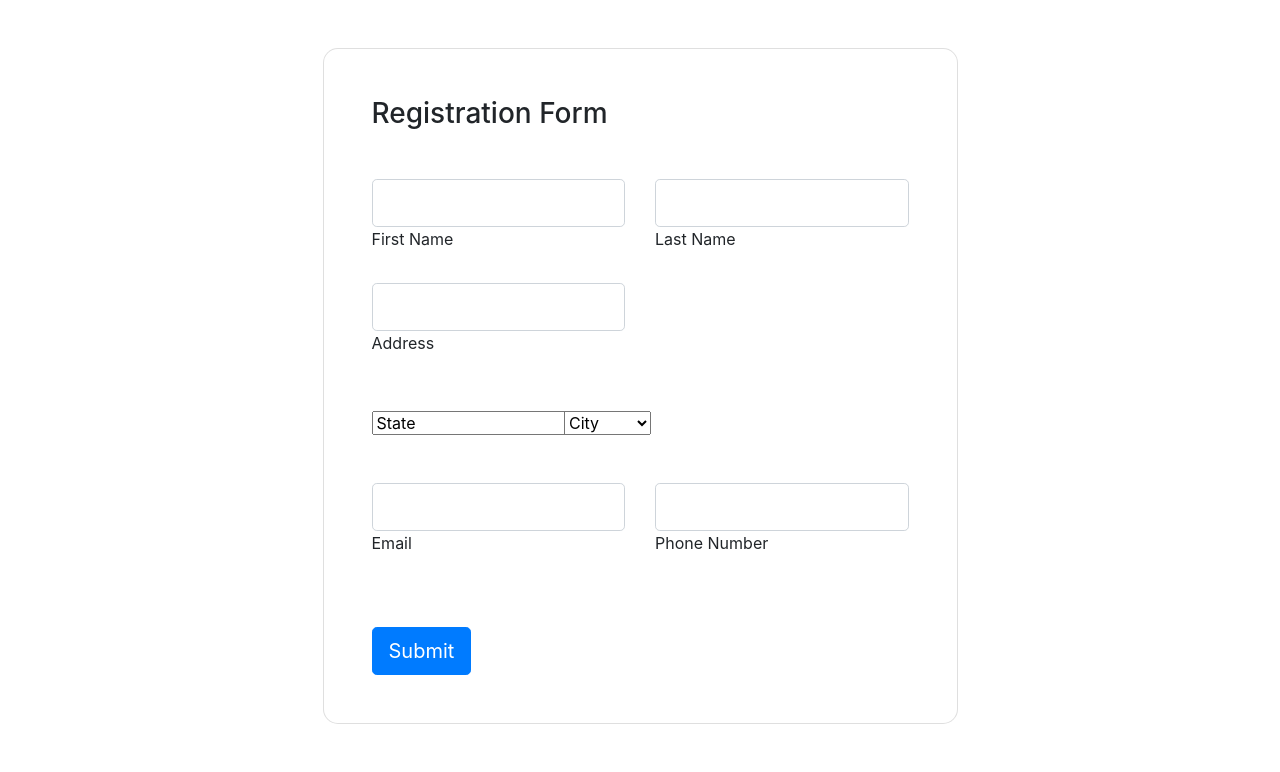
Repository: KeithKeithZ/libapp
Page: http://localhost/userRegister
An editor plug-in stored every save of this project. The page is shown before and after a run of saves, followed by the edit.
The browser window is 1280 px wide. The pictures show the whole page.
The page is served by the project's Laravel application, run on PHP 8.4 with Laravel 8. Other server files are loaded and not shown.

Above is the page before, as saved 2021-12-03 12:59:43.

### routes/web.php
<?php

use Illuminate\Support\Facades\Route;

/*
|--------------------------------------------------------------------------
| Web Routes
|--------------------------------------------------------------------------
|
| Here is where you can register web routes for your application. These
| routes are loaded by the RouteServiceProvider within a group which
| contains the "web" middleware group. Now create something great!
|
*/

Route::get('/', function () {
    return view('welcome');
});

Route::get('/Users', function () {
    return view('users');
});

Route::get('/userLogin', function () {
    return view('userSignIn');
});

Route::get('/userRegister', function () {
    return view('userRegister');
});

### resources/views/userRegister.blade.php
<!DOCTYPE html>
<html lang="{{ str_replace('_', '-', app()->getLocale()) }}">
    <head>
        <title>Bootstrap Example</title>
        <meta charset="utf-8">
        <meta name="viewport" content="width=device-width, initial-scale=1">
        <link rel="stylesheet" href="https://stackpath.bootstrapcdn.com/bootstrap/4.1.3/css/bootstrap.min.css" integrity="sha384-MCw98/SFnGE8fJT3GXwEOngsV7Zt27NXFoaoApmYm81iuXoPkFOJwJ8ERdknLPMO" crossorigin="anonymous">
        <script src="https://code.jquery.com/jquery-3.3.1.slim.min.js" integrity="sha384-q8i/X+965DzO0rT7abK41JStQIAqVgRVzpbzo5smXKp4YfRvH+8abtTE1Pi6jizo" crossorigin="anonymous"></script>
        <script src="https://cdnjs.cloudflare.com/ajax/libs/popper.js/1.14.3/umd/popper.min.js" integrity="sha384-ZMP7rVo3mIykV+2+9J3UJ46jBk0WLaUAdn689aCwoqbBJiSnjAK/l8WvCWPIPm49" crossorigin="anonymous"></script>
        <script src="https://stackpath.bootstrapcdn.com/bootstrap/4.1.3/js/bootstrap.min.js" integrity="sha384-ChfqqxuZUCnJSK3+MXmPNIyE6ZbWh2IMqE241rYiqJxyMiZ6OW/JmZQ5stwEULTy" crossorigin="anonymous"></script>
    </head>

    <section class="vh-100 gradient-custom">
        <div class="container py-5 h-100">
            <div class="row justify-content-center align-items-center h-100">
            <div class="col-12 col-lg-9 col-xl-7">
                <div class="card shadow-2-strong card-registration" style="border-radius: 15px;">
                <div class="card-body p-4 p-md-5">
                    <h3 class="mb-4 pb-2 pb-md-0 mb-md-5">Registration Form</h3>
                    <form>

                    <div class="row">
                        <div class="col-md-6 mb-4">

                        <div class="form-outline">
                            <input type="text" id="firstName" class="form-control form-control-lg" />
                            <label class="form-label" for="firstName">First Name</label>
                        </div>

                        </div>
                        <div class="col-md-6 mb-4">

                        <div class="form-outline">
                            <input type="text" id="lastName" class="form-control form-control-lg" />
                            <label class="form-label" for="lastName">Last Name</label>
                        </div>

                        </div>
                    </div>

                    <div class="row">
                        <div class="col-md-6 mb-4 d-flex align-items-center">

                        <div class="form-outline mb-4">
                            <input type="text" id="form3Example8" class="form-control form-control-lg" />
                            <label class="form-label" for="form3Example8">Address</label>
                        </div>

                        </div>

                        <div class="row">
                            <div class="col-md-6 mb-4 d-flex align-items-center">
                                <div class="col-md-8 mb-4">
                                    <select>
                                        <option value="1">State</option>
                                        <option value="2">Alberta</option>
                                        <option value="3">British Columbia</option>
                                        <option value="4">Manitoba</option>
                                        <option value="5">New Brunswick</option>
                                        <option value="6">Newfoundland and Labrador</option>
                                        <option value="7">Northwest Territories</option>
                                        <option value="8">Nova Scotia</option>
                                        <option value="9">Nunavut</option>
                                        <option value="10">Ontario</option>
                                        <option value="11">Prince Edward Island</option>
                                        <option value="12">Quebec</option>
                                        <option value="13">Saskatchewan</option>
                                        <option value="14">Yukon</option>
                                    </select>
                                </div>
                            </div>
                                <div class="col-md-6 mb-4">

                                    <select class="select">
                                        <option value="1">City</option>
                                        <option value="2">Option 1</option>
                                        <option value="3">Option 2</option>
                                        <option value="4">Option 3</option>
                                    </select>
                                </div>
                            </div>
                        </div>

                    <div class="row">
                        <div class="col-md-6 mb-4 pb-2">

                        <div class="form-outline">
                            <input type="email" id="emailAddress" class="form-control form-control-lg" />
                            <label class="form-label" for="emailAddress">Email</label>
                        </div>

                        </div>
                        <div class="col-md-6 mb-4 pb-2">

                        <div class="form-outline">
                            <input type="tel" id="phoneNumber" class="form-control form-control-lg" />
                            <label class="form-label" for="phoneNumber">Phone Number</label>
                        </div>

                        </div>
                    </div>

                    <div class="mt-4 pt-2">
                        <input class="btn btn-primary btn-lg" type="submit" value="Submit" />
                    </div>

                    </form>
                </div>
                </div>
            </div>
            </div>
        </div>
    </section>

</html>

After the next 2 saves:
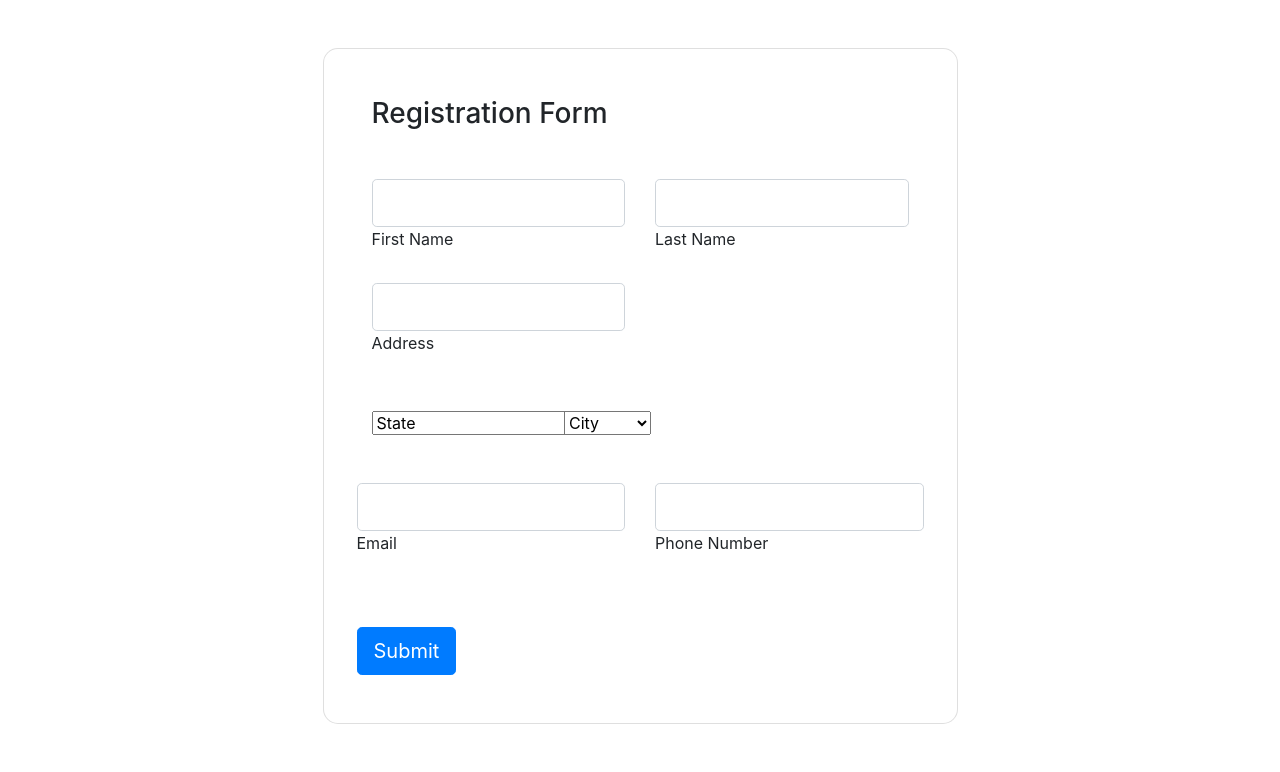
The 2 saves are shown as one change because they came seconds apart.
The last was saved 7 s later.
--- a/resources/views/userRegister.blade.php
+++ b/resources/views/userRegister.blade.php
@@ -69,15 +69,14 @@
                                     </select>
                                 </div>
                             </div>
-                                <div class="col-md-6 mb-4">
+                            <div class="col-md-6 mb-4">
 
-                                    <select class="select">
-                                        <option value="1">City</option>
-                                        <option value="2">Option 1</option>
-                                        <option value="3">Option 2</option>
-                                        <option value="4">Option 3</option>
-                                    </select>
-                                </div>
+                                <select class="select">
+                                    <option value="1">City</option>
+                                    <option value="2">Option 1</option>
+                                    <option value="3">Option 2</option>
+                                    <option value="4">Option 3</option>
+                                </select>
                             </div>
                         </div>
 
